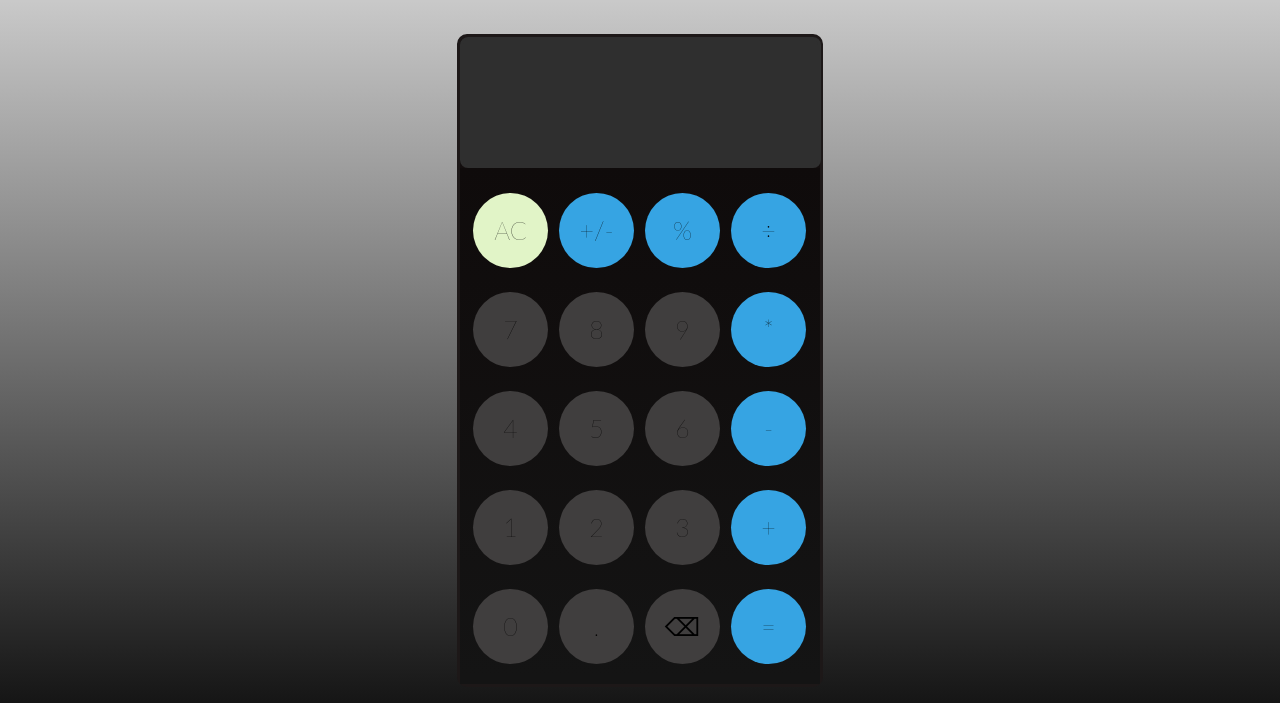
Repository: MhlengiNgubane/BrainnestJsTwo
Page: index.html
The author's editor kept a copy of each file at every save. The page is drawn from the files as they stood at one save, then again after the next save.
The browser window is 1280 px wide. The pictures show the whole page.

Above is the page before, as saved 2022-09-12 09:57:24.

After the next save:
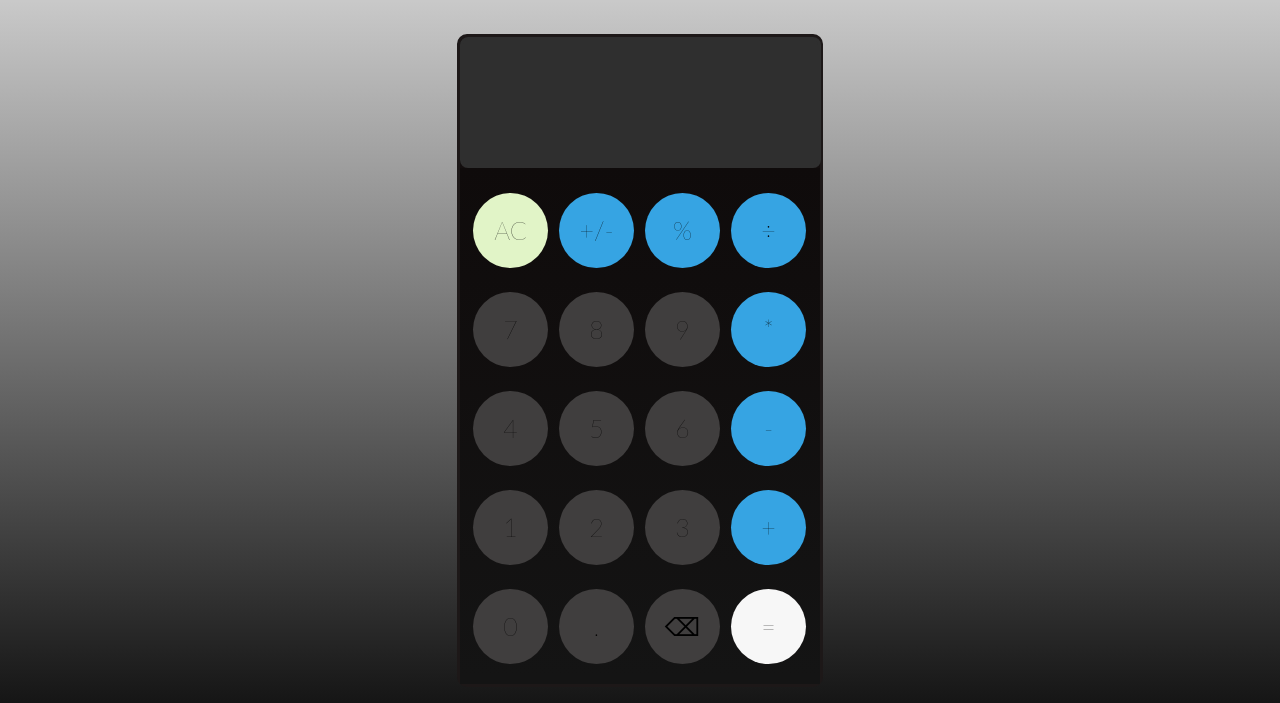
Saved 7 s later.
--- a/style.css
+++ b/style.css
@@ -75,5 +75,5 @@ button{
 }
 
 .equal {
-    background-color: #36a4e3;
+    background-color: #f7f7f7;
 }
